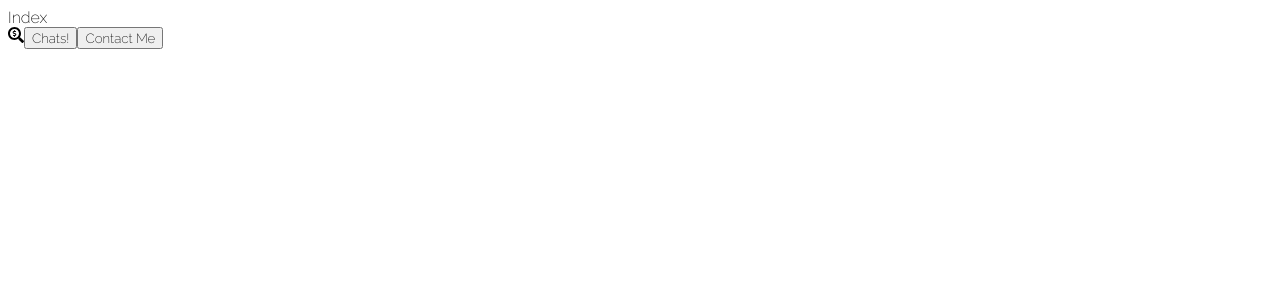
Repository: semileeBCIT/MDIA2109Tut4
Page: /
These files come from the project's save history. The page is drawn as it stood at one moment and after the next save; the edit follows.
The browser window is 1280 px wide. The pictures show the whole page.
The project was rebuilt for these pictures with package versions that can differ from the ones it lists, and the page was loaded fresh each time. The framework's server and built-in components were replaced by stand-ins that run in the browser. Also part of the build but not shown: next.config.js.

Above is the page before, as saved 2020-04-15 14:54:37.

### pages/_app.js
// import App from 'next/app'
import './app.css';

function MyApp({ Component, pageProps }) {
    return <Component {...pageProps} />
  }

  // Only uncomment this method if you have blocking data requirements for
  // every single page in your application. This disables the ability to
  // perform automatic static optimization, causing every page in your app to
  // be server-side rendered.
  //
  // MyApp.getInitialProps = async (appContext) => {
  //   // calls page's `getInitialProps` and fills `appProps.pageProps`
  //   const appProps = await App.getInitialProps(appContext);
  //
  //   return { ...appProps }
  // }

  export default MyApp

### pages/_document.js
import Document, { Html, Head, Main, NextScript } from 'next/document';

class MyDocument extends Document {
  static async getInitialProps(ctx) {
    const initialProps = await Document.getInitialProps(ctx)
    return { ...initialProps }
  }

  render() {
    return (
      <Html>
        <Head />
        <body>
          <link href="https://fonts.googleapis.com/css2?family=Raleway:wght@200&display=swap" rel="stylesheet"></link>
          <Main />
          <NextScript />
        </body>
      </Html>
    )
  }
}

export default MyDocument

### pages/index.js
import Link from 'next/link';
import Router from 'next/router';
import {FaSearchDollar} from 'react-icons/fa';

function ClickIndex(){

    document.querySelector("#mainapp").style.right = "-100%";
    setTimeout(function(){
      Router.push("/ChatPage");
  }, 1000)
}

const Index = () => <div id="mainapp">
    <div onClick={ClickIndex}>Index</div>
    <FaSearchDollar />
    <Link href="/ChatPage"><button>Chats!</button></Link>
    <Link href="/Contact"><button>Contact Me</button></Link>
</div>

export default Index;

### pages/app.css
*{
    font-family: 'Raleway', sans-serif;
}

#mainapp{
    position:relative;
    right:0;
    opacity: 1;
    transition: opacity 1s, right 1s;
}

After the next save:
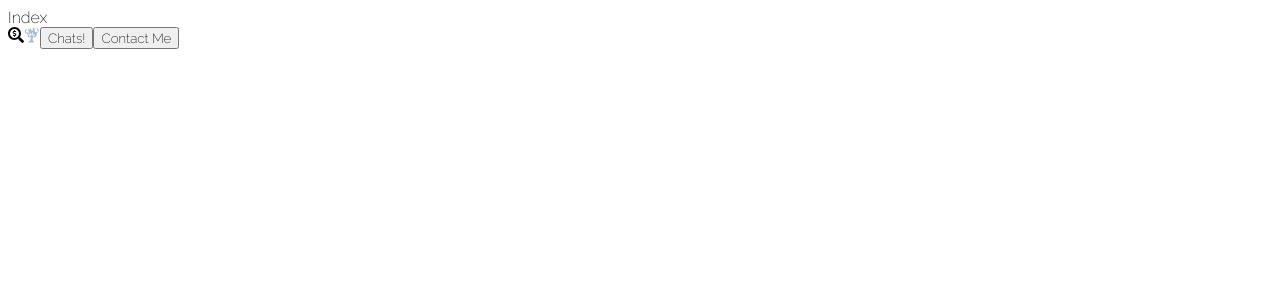
Saved 3 min 28 s later.
--- a/pages/index.js
+++ b/pages/index.js
@@ -1,6 +1,7 @@
 import Link from 'next/link';
 import Router from 'next/router';
 import {FaSearchDollar} from 'react-icons/fa';
+import {GiBurningTree} from 'react-icons/gi';
 
 function ClickIndex(){
 
@@ -13,6 +14,7 @@ function ClickIndex(){
 const Index = () => <div id="mainapp">
     <div onClick={ClickIndex}>Index</div>
     <FaSearchDollar />
+    <GiBurningTree color="#ABC" />
     <Link href="/ChatPage"><button>Chats!</button></Link>
     <Link href="/Contact"><button>Contact Me</button></Link>
 </div>
